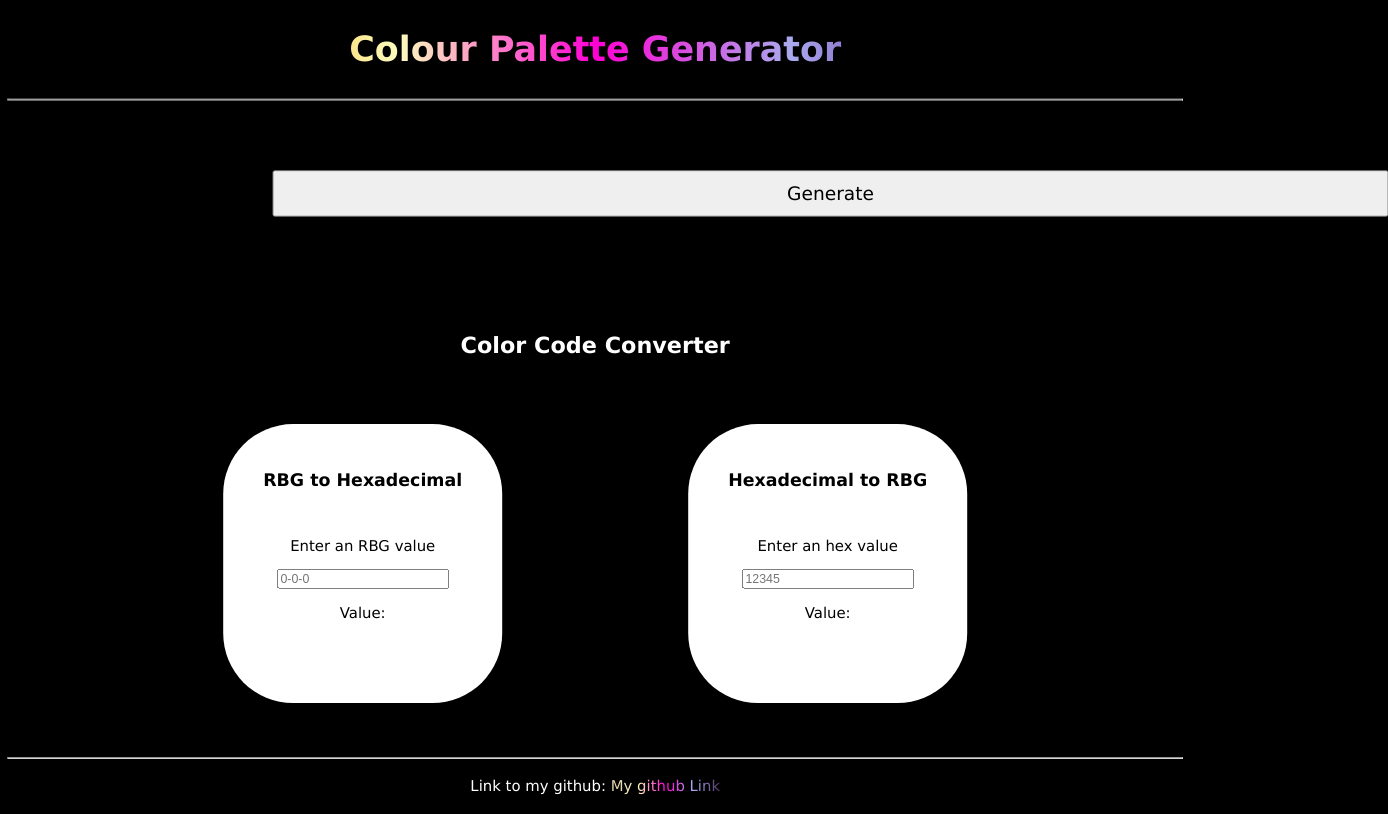
Repository: aedawes/cs260
Page: CreativePro2/index.html
The author's editor kept a copy of each file at every save. The page is drawn from the files as they stood at one save, then again after the next save.
The browser window is 1280 px wide. The page is 1493 px wide, so the pictures cover 1493 px, including what lies to the right of the window. The pictures show the whole page, at 93% of full size.

Above is the page before, as saved 2022-02-18 13:15:35.

### CreativePro2/index.html
<!DOCTYPE html>
<html>
    <head>
        <meta charset="utf-8" />
        <title>Colour Generator</title>
        <link rel="stylesheet" href="./style.css">
    </head>
    <body>
        <!-- Navigation Bar -->
        <nav class="theNav">
            <div class="collapse navbar-collapse" id="navbarNav">
                <h1>Colour Palette Generator</h1>
            </div>
        </nav>
        <hr/>

        <!-- Colour Generator -->
        <div id="generator">
            <!-- <div class="grid">
                <div class="colour One"></div>
                <div class="colour Two"></div>
                <div class="colour Three"></div>
                <div class="colour Four"></div>
            </div> -->
        </div>
        <button id="generateButton">Generate</button>

        <!--Converter-->
        <h2> Color Code Converter </h2>
        <div class="converter">
            <div class="grid">
                <div class="item rgbToHex" id="rToH">
                    <h3>RBG to Hexadecimal</h3>
                    <form>
                        <label>Enter an RBG value</label>
                        <p></p>
                        <input placeholder="0-0-0" id="rgb"/>
                    </form>
                    <p id="value"> Value:</p>
                    <p id="hexValue"></p>
                </div>
                <div class="item hexToRgb" id="hToR">
                    <h3>Hexadecimal to RBG</h3>
                    <form>
                        <label>Enter an hex value</label>
                        <p></p>
                        <input placeholder="12345" id="hex"/>
                    </form>
                    <p> Value:</p>
                    <p id="rgbValue"></p>
                </div>
            </div>
        </div>

        <!-- Footer -->
        <hr/>
        <p id="footer"> Link to my github:
            <a target="_blank" href="https://github.com/aedawes/cs260.git"> My github Link</a>
        </p>
        <!-- script -->
        <script text="type/javascript" src="./script.js"></script>
    </body>
</html>

### CreativePro2/style.css
@media only screen and (max-device-width: 500px){
    nav{
        font-size: 40px;
    }

    #navbarNav{
        padding-top: 20px;
    }

    #generateButton{
        position: absolute;
        margin-left: 18.5%;
        width: 600px;
        height: 100px;
        font-size: 30px;
    }

    .grid {
        width: 800px;
    }

    h2{
        font-size: 40px;
    }

    #rToH, #hToR{
        height: 500px;
        width: 500px;
    }

    .item h3, label, p{
        font-size: 35px;
    }

    .item input{
        height: 59px;
        width: 350px;
        font-size: 30px;
    }
}
@media only screen and (min-device-width: 501px){
    nav{
        font-size: 25px;
    }

    #generateButton{
        position: absolute;
        margin-left: 285px;
        width: 1200px;
        height: 50px;
        font-size: 20px;
    }

    .grid {
        width: 1200px;
    }

    #rToH, #hToR{
        height: 300px;
        width: 300px;
    }
}
/* navbar */
nav{
    background-color: black;
    text-align: center;
}

.theNav h1{
    background-image: linear-gradient(to right, red, orange, rgb(252, 252, 190), rgb(255, 0, 212), rgb(170, 170, 238), indigo, purple);
    /* color: red;
    background:rgb(255, 217, 146); */
    -webkit-text-fill-color: transparent;
    background-clip: content-box;
    -webkit-background-clip: text;
}
hr{
    color: rgb(255, 255, 255);
}

/* Body */
body{
    background-color: black;
    font-family: 'Lucida Sans', 'Lucida Sans Regular', 'Lucida Grande', 'Lucida Sans Unicode', Geneva, Verdana, sans-serif;
}

/* colour generator */

#generator{
    margin-top: 50px;
    margin-bottom: 25px;
    display: flex;
    justify-content: center;
    align-items: center;
}

#generateButton {
    font-family: 'Lucida Sans', 'Lucida Sans Regular', 'Lucida Grande', 'Lucida Sans Unicode', Geneva, Verdana, sans-serif;
}

.grid {
    display: flex;
    justify-content: center;
    flex-wrap: wrap;
}

.colour{
    width: 300px;
    height: 300px;
    align-items: center;
    text-align: center;
}

.colour p{
    margin-top: 250px;
    font-size: 20px;
    color: white;
}

/* .colour.One{
    background-color: aquamarine;
}
.colour.Two{
    background-color: rgb(127, 229, 255);
}
.colour.Three{
    background-color: rgb(127, 172, 255);
}
.colour.Four{
    background-color: rgb(129, 127, 255);
} */

/* Converter */
h2{
    color: white;
    text-align: center;
    margin-top: 200px;
}

#rToH{
    border-radius: 25%;
    background-color: white;
}
#hToR{
    border-radius: 25%;
    background-color: white;
}

.converter{
    display: flex;
    justify-content: center;
    align-items: center;
}

.item{
    margin-top: 50px;
    margin-bottom: 50px;
    margin-left: 100px;
    margin-right: 100px;
    width: 350px;
    height: 350px;
    align-items: center;
    text-align: center;
}

.item.rgbToHex h3, form{
    margin-top: 50px;
}

.item.hexToRgb h3{
    margin-top: 50px;
}

#value {
    margin-top:16px;
}

/* Footer */
#footer {
    color: white;
    margin: 20px;
    text-align: center;
}

a{
    background-image: linear-gradient(to right,rgb(223, 205, 173), rgb(252, 252, 190), rgb(255, 0, 212), rgb(170, 170, 238), rgb(82, 52, 104));
    -webkit-text-fill-color: transparent;
    background-clip: content-box;
    -webkit-background-clip: text;
}

### CreativePro2/script.js
document.getElementById('generateButton').addEventListener('click', function(event){
    event.preventDefault();
    const url = "https://x-colors.herokuapp.com/api/random?number=4";
    fetch(url)
      .then(function(response) {
        return response.json();
    }).then(function(json) {
        var colors = "";
        colors += '<div class="grid">';
        for (let i=0; i < json.length; i++) {
            colors += '<div class="colour" style="background-color:' + json[i].hex + ';">'
            colors += '<p>' + json[i].hex + '</p>'
            colors += '</div>';
        }
        colors += '</div>';
        document.getElementById("generator").innerHTML = colors;
    });
});

document.getElementById('rgb').addEventListener('input', function(event){
    event.preventDefault();
    var url = "https://x-colors.herokuapp.com/api/rgb2hex?value=";
    url += document.getElementById('rgb').value;
    fetch(url)
      .then(function(response) {
        return response.json();
    }).then(function(json) {
        var newHex = json.hex;
        document.getElementById('hexValue').innerHTML = newHex;
        document.getElementById(rToH).style.backgroundColor = json.hex;
    });
});

document.getElementById('hex').addEventListener('input', function(event){
    event.preventDefault();
    var url = "https://x-colors.herokuapp.com/api/hex2rgb?value=";
    url += document.getElementById('hex').value;
    fetch(url)
      .then(function(response) {
        return response.json();
    }).then(function(json) {
        debugger
        var newRgb = json.rgb;
        document.getElementById('rgbValue').innerHTML = newRgb;
        let value = '"' + json.hex + '"';
        debugger
        document.getElementById(hToR).style.backgroundColor = 'green';
    });
});

After the next save:
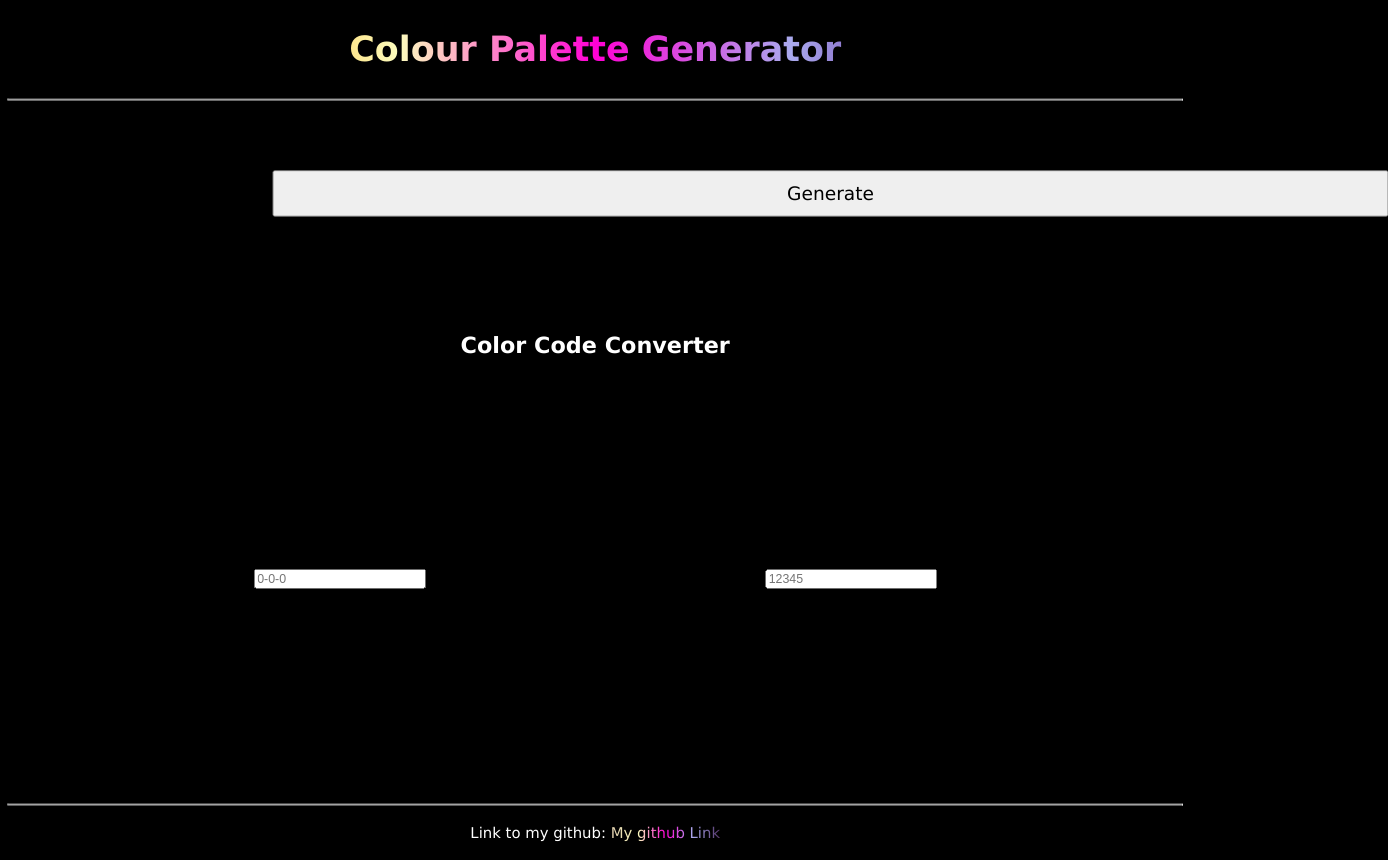
Saved 116 s later.
--- a/CreativePro2/style.css
+++ b/CreativePro2/style.css
@@ -1,68 +1,7 @@
-@media only screen and (max-device-width: 500px){
-    nav{
-        font-size: 40px;
-    }
-
-    #navbarNav{
-        padding-top: 20px;
-    }
-
-    #generateButton{
-        position: absolute;
-        margin-left: 18.5%;
-        width: 600px;
-        height: 100px;
-        font-size: 30px;
-    }
-
-    .grid {
-        width: 800px;
-    }
-
-    h2{
-        font-size: 40px;
-    }
-
-    #rToH, #hToR{
-        height: 500px;
-        width: 500px;
-    }
-
-    .item h3, label, p{
-        font-size: 35px;
-    }
-
-    .item input{
-        height: 59px;
-        width: 350px;
-        font-size: 30px;
-    }
-}
-@media only screen and (min-device-width: 501px){
-    nav{
-        font-size: 25px;
-    }
-
-    #generateButton{
-        position: absolute;
-        margin-left: 285px;
-        width: 1200px;
-        height: 50px;
-        font-size: 20px;
-    }
-
-    .grid {
-        width: 1200px;
-    }
-
-    #rToH, #hToR{
-        height: 300px;
-        width: 300px;
-    }
-}
 /* navbar */
 nav{
     background-color: black;
+    font-size: 25px;
     text-align: center;
 }
 
@@ -95,10 +34,16 @@
 }
 
 #generateButton {
+    position: absolute;
+    margin-left: 285px;
+    width: 1200px;
+    height: 50px;
+    font-size: 20px;
     font-family: 'Lucida Sans', 'Lucida Sans Regular', 'Lucida Grande', 'Lucida Sans Unicode', Geneva, Verdana, sans-serif;
 }
 
 .grid {
+    width: 1200px;
     display: flex;
     justify-content: center;
     flex-wrap: wrap;
@@ -137,11 +82,15 @@
     margin-top: 200px;
 }
 
-#rToH{
+.rToH{
+    height: 300px;
+    width: 300px;
     border-radius: 25%;
     background-color: white;
 }
-#hToR{
+.hToR{
+    height: 300px;
+    width: 300px;
     border-radius: 25%;
     background-color: white;
 }
@@ -172,7 +121,7 @@
 }
 
 #value {
-    margin-top:16px;
+    margin-top:50px;
 }
 
 /* Footer */

After the save that followed:
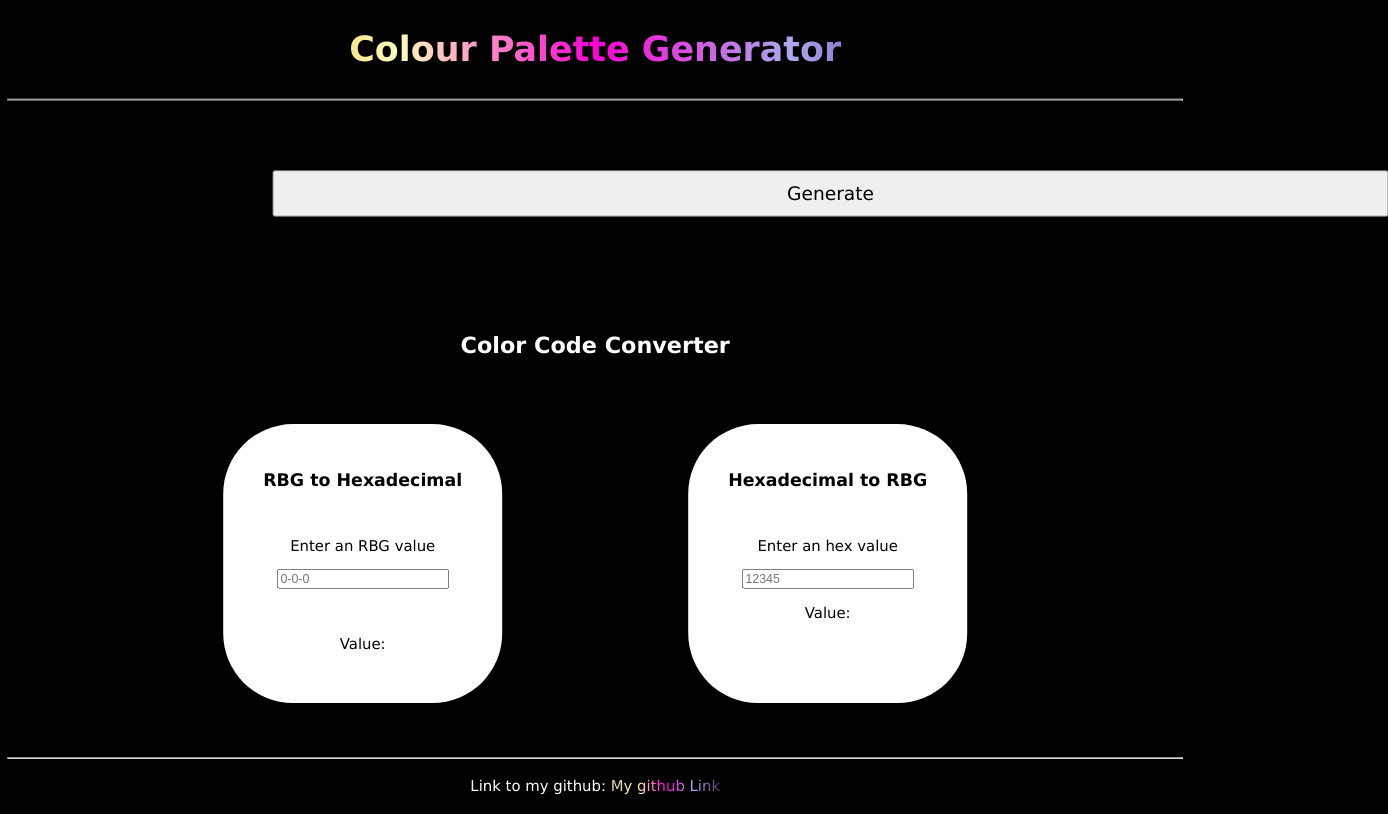
Saved 10 s later.
--- a/CreativePro2/style.css
+++ b/CreativePro2/style.css
@@ -82,13 +82,13 @@
     margin-top: 200px;
 }
 
-.rToH{
+#rToH{
     height: 300px;
     width: 300px;
     border-radius: 25%;
     background-color: white;
 }
-.hToR{
+#hToR{
     height: 300px;
     width: 300px;
     border-radius: 25%;
